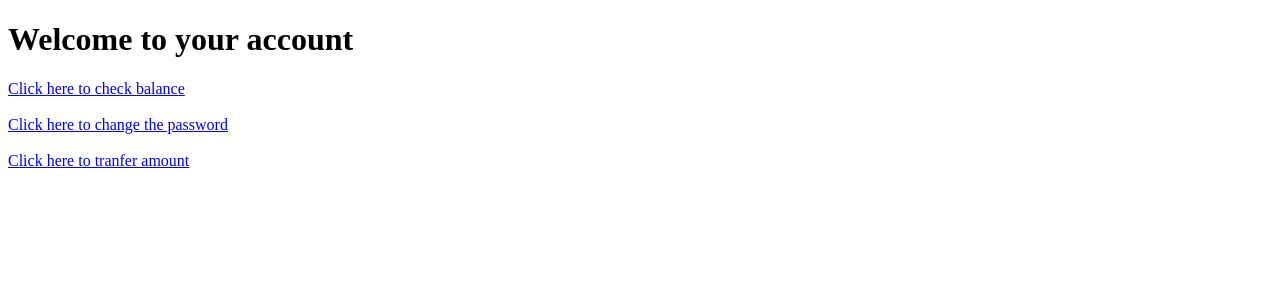
Repository: KGDarshan/BankApplication
Page: CaravanBanking/WebContent/Home.html
An editor plug-in stored every save of this project. The page is shown before and after the next save, followed by the edit.
The browser window is 1280 px wide. The pictures show the whole page.

Above is the page before, as saved 2020-10-09 15:23:04.

After the next save:
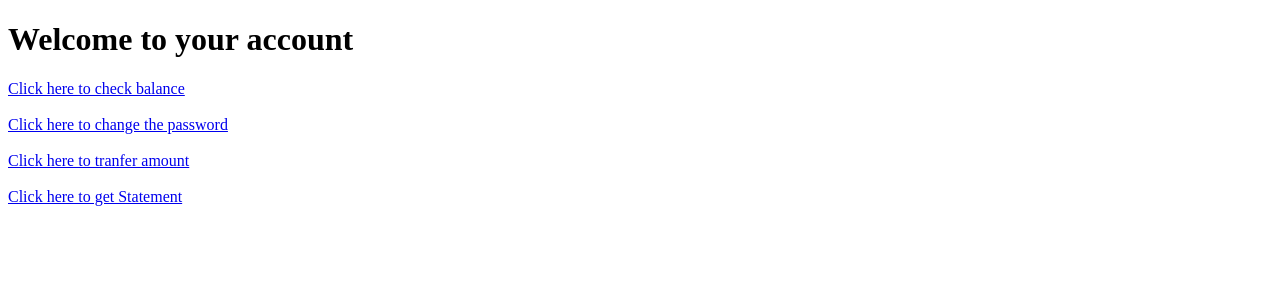
Saved 3 h 38 min later.
--- a/CaravanBanking/WebContent/Home.html
+++ b/CaravanBanking/WebContent/Home.html
@@ -9,5 +9,6 @@
 	<a href="Checkbalance">Click here to check balance</a><br><br>
 	<a href="ChangePwd.html">Click here to change the password</a><br><br>
 	<a href="Transfer.html">Click here to tranfer amount</a><br><br>
+	<a href="GetStatement">Click here to get Statement</a>
 </body>
 </html>
